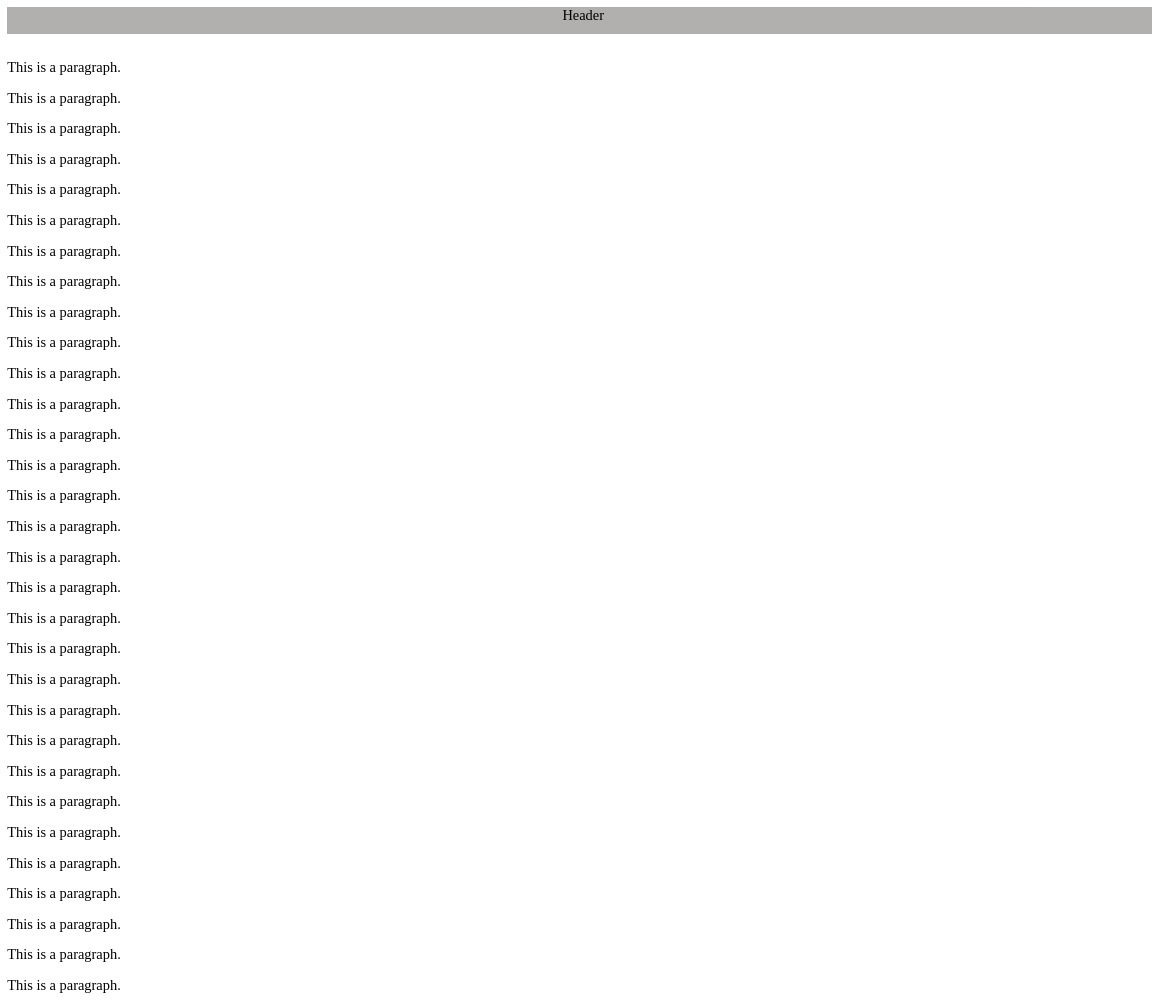
Repository: Sarah7223/internet-programming-tp
Page: TP1/ex9.html
An editor plug-in stored every save of this project. The page is shown before and after the next save, followed by the edit.
The browser window is 1280 px wide. The pictures show the whole page, at 90% of full size.

Above is the page before, as saved 2022-12-26 15:55:39.

### TP1/ex9.html
<html>
    <head>
        <style>
            .header{
                background-color: rgb(178, 175, 175);
                text-align: center;
                position: fixed;
                height: 30px;
                width: 100%;

            }
            .content{
                width: 100%;
            }

            .content::-webkit-scrollbar {
                width: 1em;
            }
            .content::-webkit-scrollbar-track {
                box-shadow: inset 0 0 6px rgba(0, 0, 0, 0.3);
            }
            .content::-webkit-scrollbar-thumb {
                background-color: darkgrey;
                outline: 1px solid slategrey;
            }



        </style>
    </head>
    <body>
        <div class="container">
            <div class="header">
                Header
            </div>
            <div class="content">
                <h1>Scrollable content</h1>
                <p>This is a paragraph.</p>
                <p>This is a paragraph.</p>
                <p>This is a paragraph.</p>
                <p>This is a paragraph.</p>
                <p>This is a paragraph.</p>
                <p>This is a paragraph.</p>
                <p>This is a paragraph.</p>
                <p>This is a paragraph.</p>
                <p>This is a paragraph.</p>
                <p>This is a paragraph.</p>
                <p>This is a paragraph.</p>
                <p>This is a paragraph.</p>
                <p>This is a paragraph.</p>
                <p>This is a paragraph.</p>
                <p>This is a paragraph.</p>
                <p>This is a paragraph.</p>
                <p>This is a paragraph.</p>
                <p>This is a paragraph.</p>
                <p>This is a paragraph.</p>
                <p>This is a paragraph.</p>
                <p>This is a paragraph.</p>
                <p>This is a paragraph.</p>
                <p>This is a paragraph.</p>
                <p>This is a paragraph.</p>
                <p>This is a paragraph.</p>
                <p>This is a paragraph.</p>
                <p>This is a paragraph.</p>
                <p>This is a paragraph.</p>
                <p>This is a paragraph.</p>
                <p>This is a paragraph.</p>
                <p>This is a paragraph.</p>
            </div>
        </div>
    </body>
</html>

After the next save:
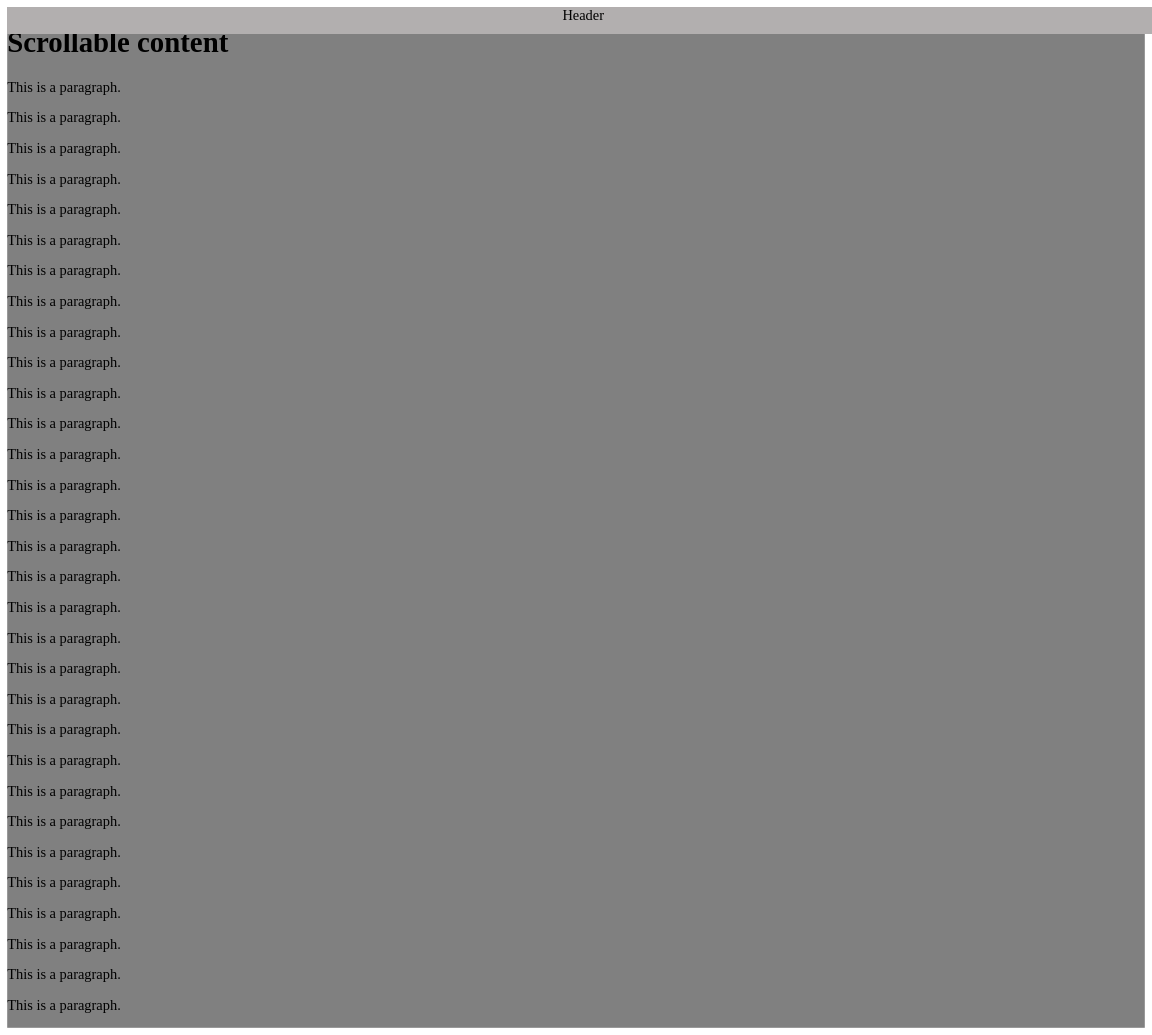
Saved 111 s later.
--- a/TP1/ex9.html
+++ b/TP1/ex9.html
@@ -10,19 +10,12 @@
 
             }
             .content{
-                width: 100%;
+                overflow-y:scroll;
+                height:auto;
+                background:gray
             }
 
-            .content::-webkit-scrollbar {
-                width: 1em;
-            }
-            .content::-webkit-scrollbar-track {
-                box-shadow: inset 0 0 6px rgba(0, 0, 0, 0.3);
-            }
-            .content::-webkit-scrollbar-thumb {
-                background-color: darkgrey;
-                outline: 1px solid slategrey;
-            }
+
 
 
 
